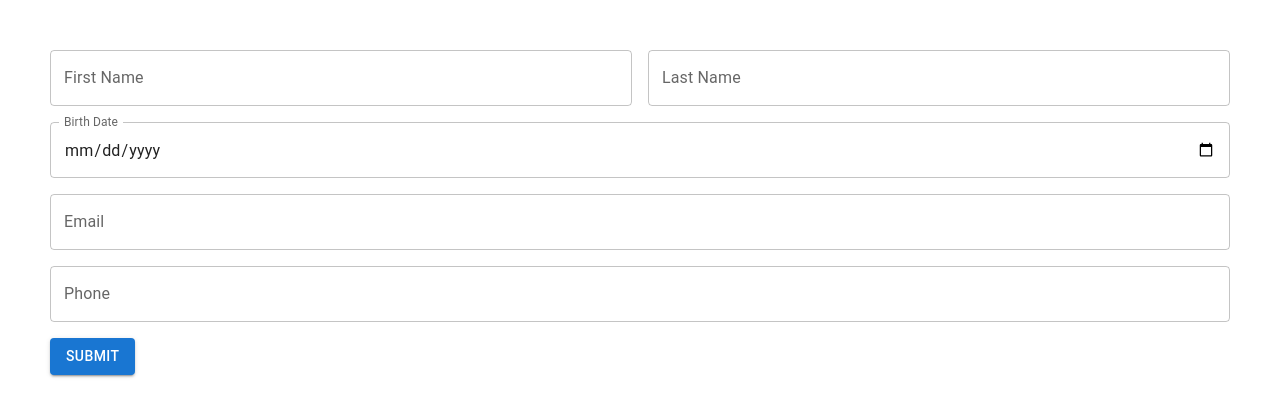
Repository: lenx0/front-client-manager
Page: /
An editor plug-in stored every save of this project. The page is shown before and after the next save, followed by the edit.
The browser window is 1280 px wide. The pictures show the whole page.
The project was rebuilt for these pictures with package versions that can differ from the ones it lists, and the page was loaded fresh each time. Also part of the build but not shown: vite.config.js, src/App.css.

Above is the page before, as saved 2024-06-24 23:18:34.

### index.html
<!doctype html>
<html lang="en">
  <head>
    <meta charset="UTF-8" />
    <meta name="viewport" content="width=device-width, initial-scale=1.0" />
    <title>Client Manager</title>
  </head>
  <body>
    <div id="root"></div>
    <script type="module" src="/src/main.jsx"></script>
  </body>
</html>

### src/App.jsx
import { Box } from '@mui/material'
import './App.css'
import UserForm from './components/UserForm'

function App() {

  return (
    <Box sx={{ padding: '50px' }}>
      <UserForm />
    </Box>
  )
}

export default App

### src/components/UserForm.jsx
import React from 'react';
import { useForm } from 'react-hook-form';
import CustomInput from './CustomInput';
import { Button, Grid } from '@mui/material';
import axios from 'axios';

const UserForm = () => {
  const { handleSubmit, control, reset } = useForm();

  const onSubmit = async (data) => {
    try {
      const response = await axios.post('http://localhost:3100/v1/users/create', data);
      console.log('Dados enviados com sucesso:', response.data);
      reset();
    } catch (error) {
      console.error('Erro ao enviar dados:', error);
    }
  };

  return (
    <form onSubmit={handleSubmit(onSubmit)}>
      <Grid container spacing={2}>
        <Grid item xs={6}>
          <CustomInput
            name="firstName"
            control={control}
            label="First Name"
            rules={{ required: 'First name is required' }}
          />
        </Grid>
        <Grid item xs={6}>
          <CustomInput
            name="lastName"
            control={control}
            label="Last Name"
            rules={{ required: 'Last name is required' }}
          />
        </Grid>
        <Grid item xs={12}>
          <CustomInput
            name="birthDate"
            control={control}
            label="Birth Date"
            placeHolder="none"
            type="date"
            rules={{ required: 'Birth date is required' }}
            defaultValue=""
          />
        </Grid>
        <Grid item xs={12}>
          <CustomInput
            name="email"
            control={control}
            label="Email"
            type="email"
            rules={{
              required: 'Email is required',
              pattern: {
                value: /^[a-zA-Z0-9_.+-]+@[a-zA-Z0-9-]+\.[a-zA-Z0-9-.]+$/,
                message: 'Enter a valid email address',
              },
            }}
          />
        </Grid>
        <Grid item xs={12}>
          <CustomInput
            name="phone"
            control={control}
            label="Phone"
            rules={{ required: 'Phone number is required' }}
          />
        </Grid>
        <Grid item xs={12}>
          <Button type="submit" variant="contained" color="primary">
            Submit
          </Button>
        </Grid>
      </Grid>
    </form>
  );
};

export default UserForm;

### src/components/CustomInput.jsx
import React from 'react';
import { Controller } from 'react-hook-form';
import TextField from '@mui/material/TextField';

const CustomInput = ({ name, control, label, type = 'text', rules, defaultValue = '' }) => {
  return (
    <Controller
      name={name}
      control={control}
      defaultValue={defaultValue}
      rules={rules}
      render={({ field, fieldState: { error } }) => (
        <TextField
          {...field}
          label={label}
          type={type}
          error={!!error}
          helperText={error ? error.message : null}
          variant="outlined"
          InputLabelProps={type === 'date' ? { shrink: true } : {}}
          fullWidth
        />
      )}
    />
  );
};

export default CustomInput;

Loaded but not shown: src/main.jsx (common file); src/index.css (common file)

After the next save:
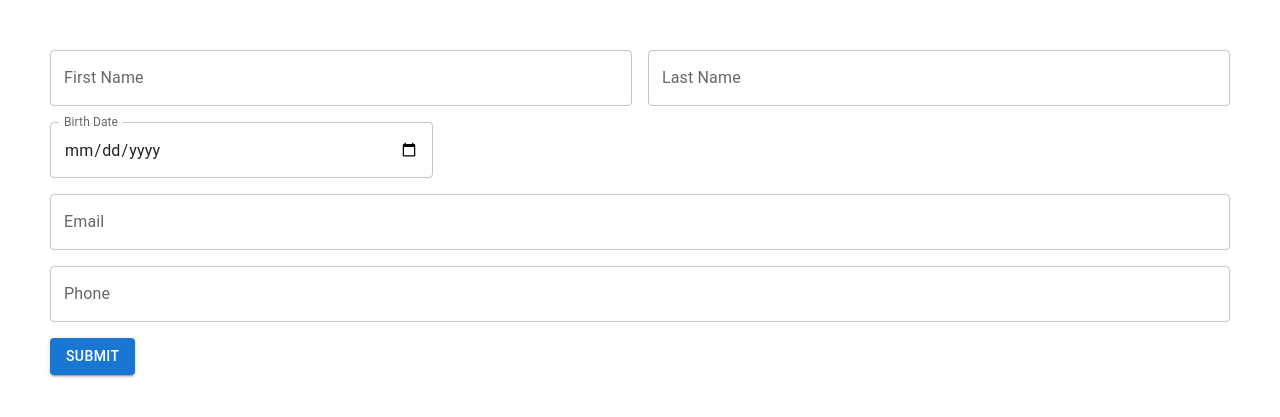
Saved 21 s later.
--- a/src/components/UserForm.jsx
+++ b/src/components/UserForm.jsx
@@ -36,7 +36,7 @@ const UserForm = () => {
             rules={{ required: 'Last name is required' }}
           />
         </Grid>
-        <Grid item xs={12}>
+        <Grid item xs={4}>
           <CustomInput
             name="birthDate"
             control={control}
